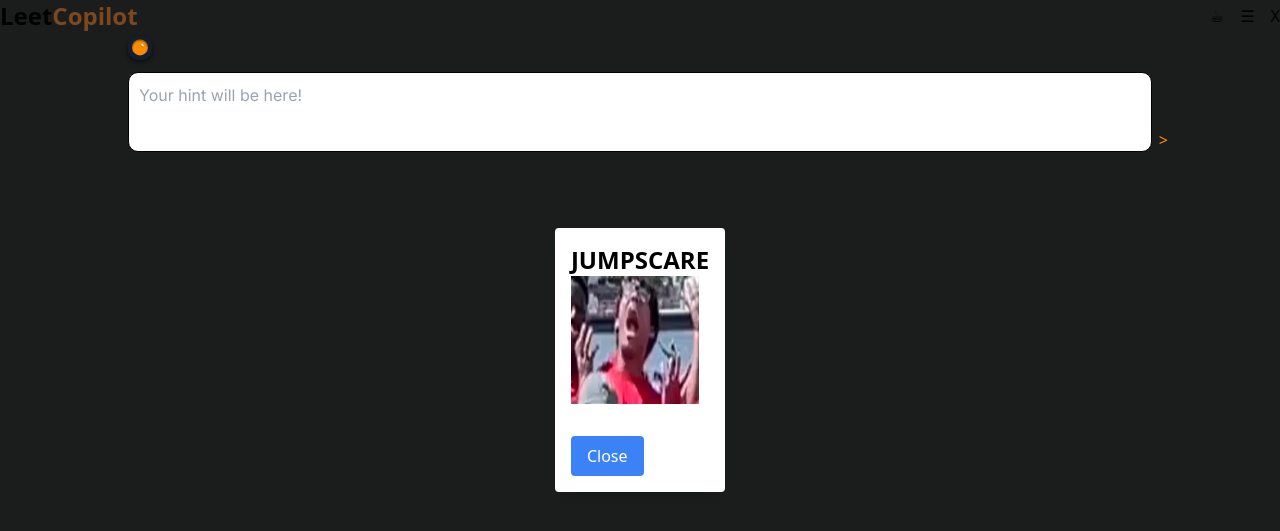
Repository: LeetCopilot/LeetCopilot
Page: / (app in frontend/), after clicking the first element matching `div.flex > :nth-child(3)`
An editor plug-in stored every save of this project. The page is shown before and after the next save, followed by the edit.
The browser window is 1280 px wide. The pictures show the whole page.
The project was rebuilt for these pictures with package versions that can differ from the ones it lists, and the page was loaded fresh each time. Also part of the build but not shown: frontend/vite.config.js.

Above is the page before, as saved 2023-09-01 13:49:54.

After the next save:
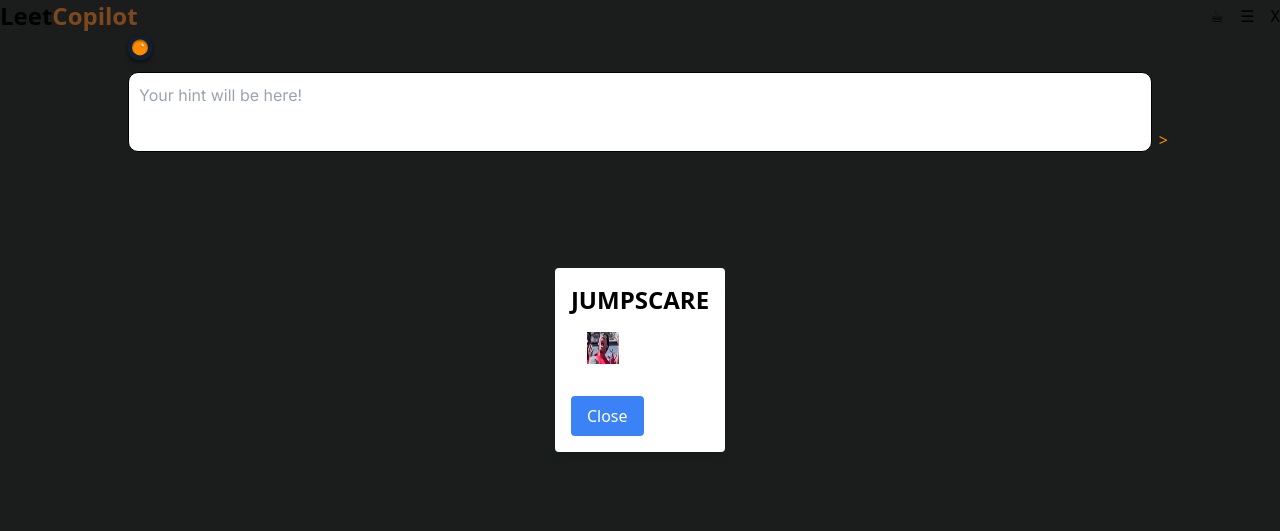
Saved 34 s later.
--- a/frontend/src/components/Popup.tsx
+++ b/frontend/src/components/Popup.tsx
@@ -10,7 +10,7 @@ const Popup: React.FC<PopupProps> = ({ onClose }) => {
     <div className="fixed left-0 top-0 flex h-full w-full items-center justify-center bg-black bg-opacity-50">
       <div className="rounded bg-white p-4 shadow-lg">
         <span className="mb-4 text-2xl font-bold">JUMPSCARE</span>
-        <img src="ridha.jpg" alt="Ridha" className="mb-4 h-32 w-32" />
+        <img src="ridha.jpg" alt="Ridha" className="h-16 w-16 p-4" />
         <button
           onClick={onClose}
           className="mt-4 rounded bg-blue-500 px-4 py-2 text-white transition duration-200 hover:bg-blue-600"
